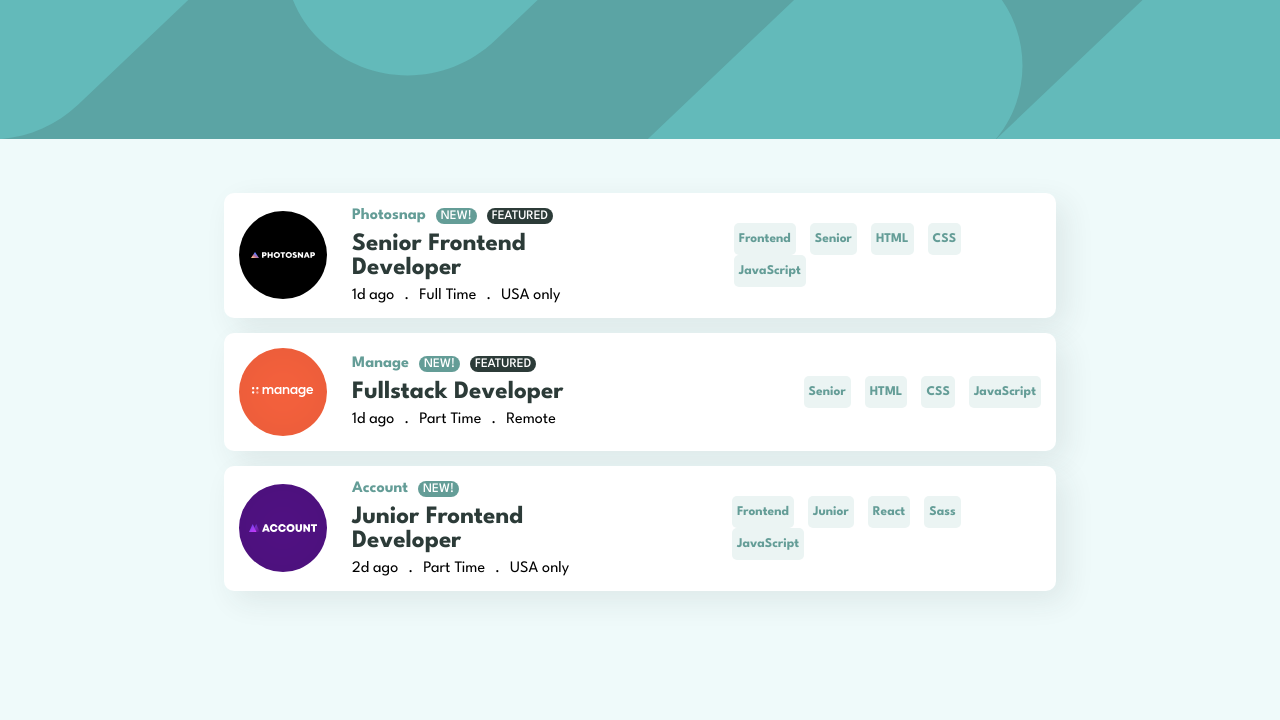
Repository: Eldream12/JobListing
Page: index.html
The author's editor kept a copy of each file at every save. The page is drawn from the files as they stood at one save, then again after the next save.
The browser window is 1280 px wide. The pictures show the whole page.

Above is the page before, as saved 2025-03-31 22:02:13.

### index.html
<!DOCTYPE html>
<html lang="en">
	<head>
		<meta charset="UTF-8" />
		<meta name="viewport" content="width=device-width, initial-scale=1.0" />
		<title>Job Listing</title>
		<link rel="stylesheet" href="style/style.css" />
	</head>

	<body>
		<header>
			<div>
				<img src="Images/bg-header-desktop.svg" alt="NavHeader" />
			</div>
		</header>

		<main>
			<div class="content-carrier">
				<div class="content">
					<div class="ctn">
						<img src="Images/photosnap.svg" alt="photosnap" />
						<div class="content-text">
							<div class="txt-1">
								<h4>Photosnap</h4>
								<div class="btn-1">
									<button>NEW!</button>
								</div>
								<div class="btn-2">
									<button>FEATURED</button>
								</div>
							</div>
							<div class="txt-2">
								<h2>Senior Frontend Developer</h2>
							</div>
							<div class="txt-3">
								<p>1d ago</p>
								<p>.</p>
								<p>Full Time</p>
								<p>.</p>
								<p>USA only</p>
							</div>
						</div>
					</div>

					<div class="btn">
						<button>Frontend</button>
						<button>Senior</button>
						<button>HTML</button>
						<button>CSS</button>
						<button>JavaScript</button>
					</div>
				</div>

				<div class="content">
					<div class="ctn">
						<img src="Images/manage.svg" alt="photosnap" />
						<div class="content-text">
							<div class="txt-1">
								<h4>Manage</h4>
								<div class="btn-1">
									<button>NEW!</button>
								</div>
								<div class="btn-2">
									<button>FEATURED</button>
								</div>
							</div>
							<div class="txt-2">
								<h2>Fullstack Developer</h2>
							</div>
							<div class="txt-3">
								<p>1d ago</p>
								<p>.</p>
								<p>Part Time</p>
								<p>.</p>
								<p>Remote</p>
							</div>
						</div>
					</div>

					<div class="btn">
						<!-- <button>Frontend</button> -->
						<button>Senior</button>
						<button>HTML</button>
						<button>CSS</button>
						<button>JavaScript</button>
					</div>
				</div>

					<div class="content">
					<div class="ctn">
						<img src="Images/account.svg" alt="photosnap" />
						<div class="content-text">
							<div class="txt-1">
								<h4>Account</h4>
								<div class="btn-1">
									<button>NEW!</button>
								</div>
								<div class="btn-2">
									<!-- <button>FEATURED</button> -->
								</div>
							</div>
							<div class="txt-2">
								<h2>Junior Frontend Developer</h2>
							</div>
							<div class="txt-3">
								<p>2d ago</p>
								<p>.</p>
								<p>Part Time</p>
								<p>.</p>
								<p>USA only</p>
							</div>
						</div>
					</div>

					<div class="btn">
						<button>Frontend</button>
						<button>Junior</button>
						<button>React</button>
						<button>Sass</button>
						<button>JavaScript</button>
					</div>
				</div>
			</div>
		</main>
		<footer></footer>
	</body>
</html>

### style/style.css
@import url("https://fonts.googleapis.com/css2?family=League+Spartan:wght@100..900&display=swap");

* {
	font-family: League Spartan;
	margin: 0;
	padding: 0;
	box-sizing: border-box;
}

html body {
	background-color: hsl(180, 52%, 96%);
}

header img {
	width: 100%;
	background-color: hsl(180, 29%, 50%);
	margin-bottom: 50px;
}

.content-carrier .content {
	display: flex;
	background-color: #ffffff;
	align-items: center;
	justify-content: space-between;
	max-width: 65%;
	margin: auto;
	padding: 15px 15px 15px 15px;
	gap: 90px;
	border-radius: 10px;
	box-shadow: #2c3b3817 10px 10px 30px;
	margin-bottom: 15px;
}

.content-carrier .content .txt-1 {
	display: flex;
}

.content-carrier .content .txt-3 {
	display: flex;
}

.content-carrier .content .ctn {
	display: flex;
	align-items: center;
}

.content .ctn img {
	margin-right: 25px;
}

.content .btn button {
	background-color: #ebf4f3;
	border: none;
	padding: 10px 5px 10px 5px;
	border-radius: 5px;
	color: #649d97;
	font-weight: 700;
	margin-left: 10px;
}

.content .txt-1 h4 {
	color: #649d97;
}

.content .txt-1 .btn-1 button {
	background-color: #649d97;
}

.content .txt-1 .btn-2 button {
	background-color: #2c3b38;
}

.content .txt-1 button {
	font-size: 13px;
	font-weight: 500;
	color: #ffffff;
	border: none;
	padding: 2px 5px 2px 5px;
	border-radius: 10px;
	margin-left: 10px;
}

.content .txt-2 h2 {
	margin: 8px 0 8px 0;
	font-size: 25px;
	color: #2c3b38;
}

.content .txt-3 p {
	margin-right: 10px;
}

After the next save:
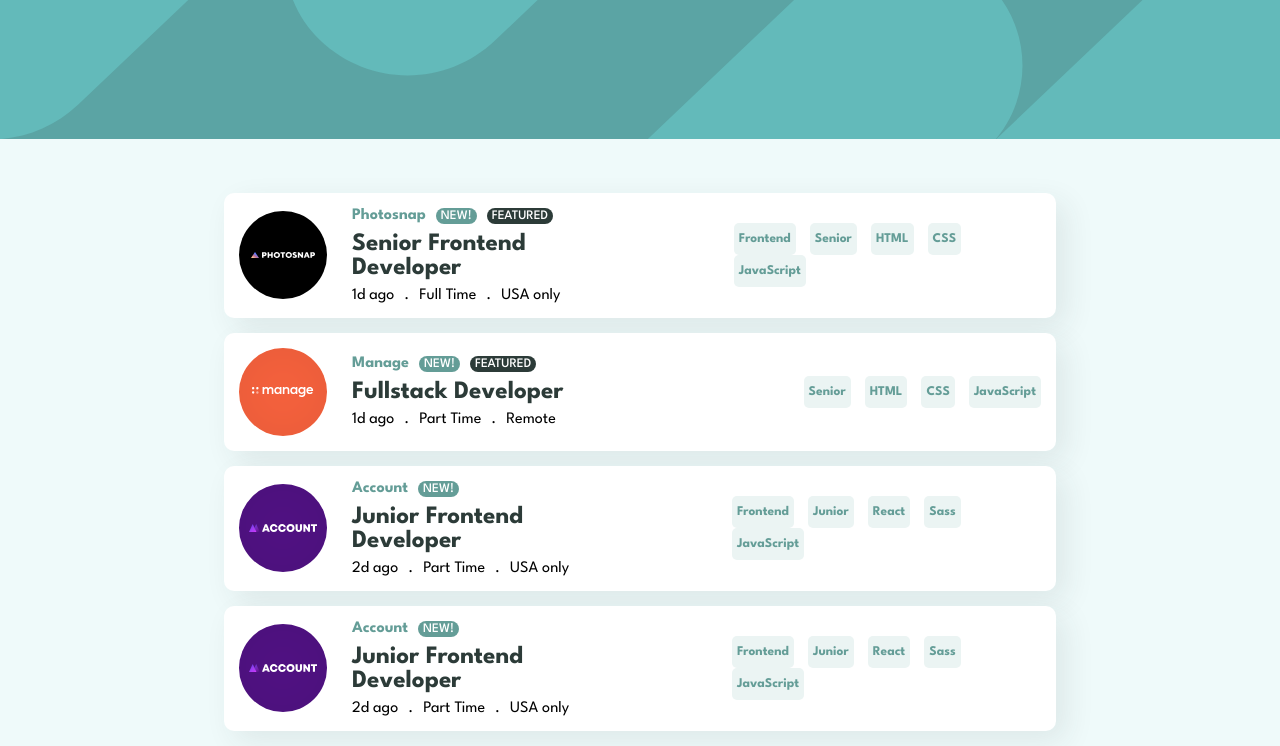
Saved 59 s later.
--- a/index.html
+++ b/index.html
@@ -120,6 +120,41 @@
 						<button>JavaScript</button>
 					</div>
 				</div>
+
+									<div class="content">
+					<div class="ctn">
+						<img src="Images/account.svg" alt="photosnap" />
+						<div class="content-text">
+							<div class="txt-1">
+								<h4>Account</h4>
+								<div class="btn-1">
+									<button>NEW!</button>
+								</div>
+								<div class="btn-2">
+									<!-- <button>FEATURED</button> -->
+								</div>
+							</div>
+							<div class="txt-2">
+								<h2>Junior Frontend Developer</h2>
+							</div>
+							<div class="txt-3">
+								<p>2d ago</p>
+								<p>.</p>
+								<p>Part Time</p>
+								<p>.</p>
+								<p>USA only</p>
+							</div>
+						</div>
+					</div>
+
+					<div class="btn">
+						<button>Frontend</button>
+						<button>Junior</button>
+						<button>React</button>
+						<button>Sass</button>
+						<button>JavaScript</button>
+					</div>
+				</div>
 			</div>
 		</main>
 		<footer></footer>
